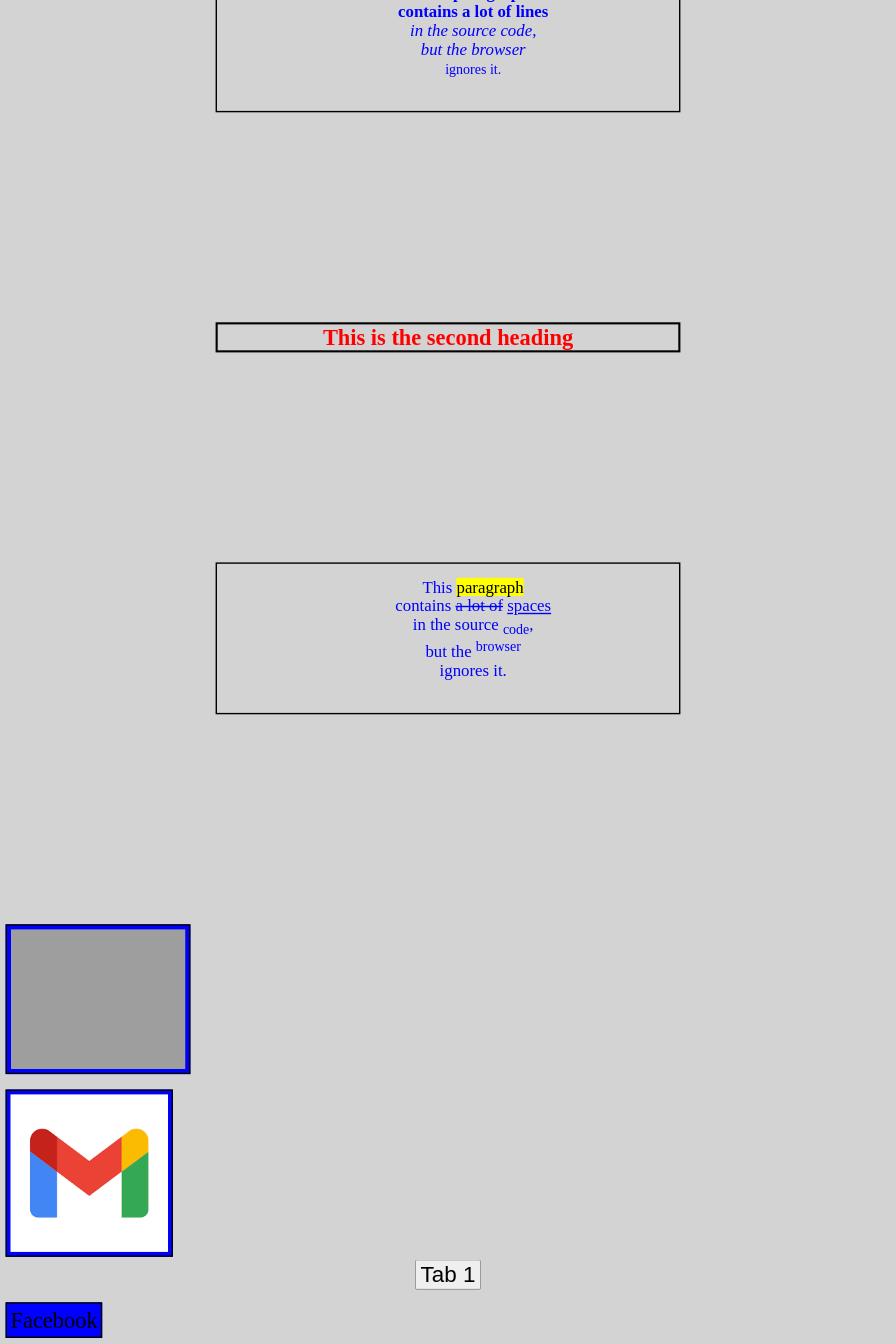
Repository: zRush1202/LoginPage-demo
Page: ex_html/home.html
An editor plug-in stored every save of this project. The page is shown before and after the next save, followed by the edit.
The browser window is 1280 px wide. The pictures show the part of the page from y = 688 to 2608 px (the page is 2608 px tall), at 70% of full size.
Pictures or frames that could not be fetched are drawn as grey boxes.

Above is the page before, as saved 2023-09-06 20:13:03.

### ex_html/home.html
<!DOCTYPE html>
<html lang="en">
<head>
    <meta charset="UTF-8">
    <meta name="viewport" content="width=device-width, initial-scale=1.0">
    <title>Learning HTML</title>
    <link rel="stylesheet" href="style.css">
</head>
<body>
    <h1>This is the first heading</h1>
        <pre title="I'm a tooltip">
            <b>This paragraph</b>
            <strong>contains a lot of lines</strong>
            <i>in the source code,</i>
            <em>but the browser</em>
            <small>ignores it.</small>
        </pre>
    <h2>This is the second heading</h2>
        <pre>
            This <mark>paragraph</mark>
            contains <del>a lot of</del> <ins>spaces</ins>
            in the source <sub>code</sub>,
            but the <sup>browser</sup>
            ignores it.
        </pre>
        <!--
        <p>Here is the quote from youtube website:</p>
        <blockquote cite="https://www.youtube.com/">
            Lorem ipsum dolor sit amet consectetur adipisicing elit.
            Deleniti alias tempora labore laudantium veritatis enim beatae
            voluptatibus ipsum sit qui maiores dicta repudiandae libero eaque
            pariatur perspiciatis, distinctio cupiditate magni.
        </blockquote>
        <p>Youtube's goal is to: <q>Watch video!</q></p>
        <p>The <abbr title="World Health Organization">WHO</abbr> was founded in 1948.</p>
        <address>
            Written by John Doe.<br>
            Visit us at:<br>
            Example.com<br>
            Box 564, Disneyland<br>
            USA
        </address>
        <p><cite>The Scream</cite> by Edvard Munch. Painted in 1893.</p>
        <bdo dir="rtl">This text will be written from right to left</bdo>
        -->
        <a href="https://www.youtube.com/" target="_blank" title="Youtube" class="ytb">
            <img src="https://inkythuatso.com/uploads/images/2021/10/youtube-logo-inkythuatso-01-27-14-06-56.jpg" style="height: 200px; width: 250px;">
        </a>
        <br>
        <br>
        <a href="mailto:phutrong.ltv@gmail.com" target="_blank" title="Click to send email" class="mail">
            <img src="data:[embedded picture, 2422 characters]" alt="Hình ảnh">
        </a>
        <br>
        <button onclick="document.location='tab1.html'" style="display: block;margin: 0 auto; font-size: 200%;" title="Go to tab 1">Tab 1</button>
        <br>
        <a href="https://www.facebook.com" title="Go to Facebook" target="_blank" class="fb">Facebook</a>
</body>
</html>

### ex_html/style.css
body {
    background-color: lightgray;
}
h1 {
color: red;
border: 3px solid black;
margin: 300px;
text-align: center;
font-size: 200%;
font-family:'Times New Roman', Times, serif;
}
h2 {
color: red;
border: 3px solid black;
margin: 300px;
text-align: center;
font-size: 200%;
font-family:'Times New Roman', Times, serif;
}
p {
color: blue;
text-align: center;
font-size: 150%;
font-family: 'Times New Roman', Times, serif;
}

pre {
color: blue;
border: 2px solid black;
padding: 20px;
margin: 300px;
text-align: center;
font-size: 150%;
font-family: 'Times New Roman', Times, serif;
}

/* a {
display: flex;
justify-content: center;
align-items: center;
padding: 2px 2px;
border: 2px solid black;
display: inline;
display: block;margin: auto auto;
font-size: 200%;
text-align: center;
} */

.ytb {
    display: flex;
    justify-content: center; /*chỉnh theo chiều ngang */
    align-items: center; /*chỉnh theo chiều dọc*/
    display: inline-block;
    border: 2px solid #000;
}

.mail {
    display: inline-block;
    border: 2px solid #000;
}

.fb {
    display: inline-block;
    border: 2px solid #000;
    font-size:  200%;
}

a img {
max-width: 100%;
max-height: 100%;
display: block;margin: auto auto;
}

a:link, a:visited {
    background-color: blue;
    color: black;
    padding: 5px 5px;
    text-align: center;
    text-decoration: none;
    display: inline-block;
}

a:hover, a:active {
background-color: red;
}

After the next save:
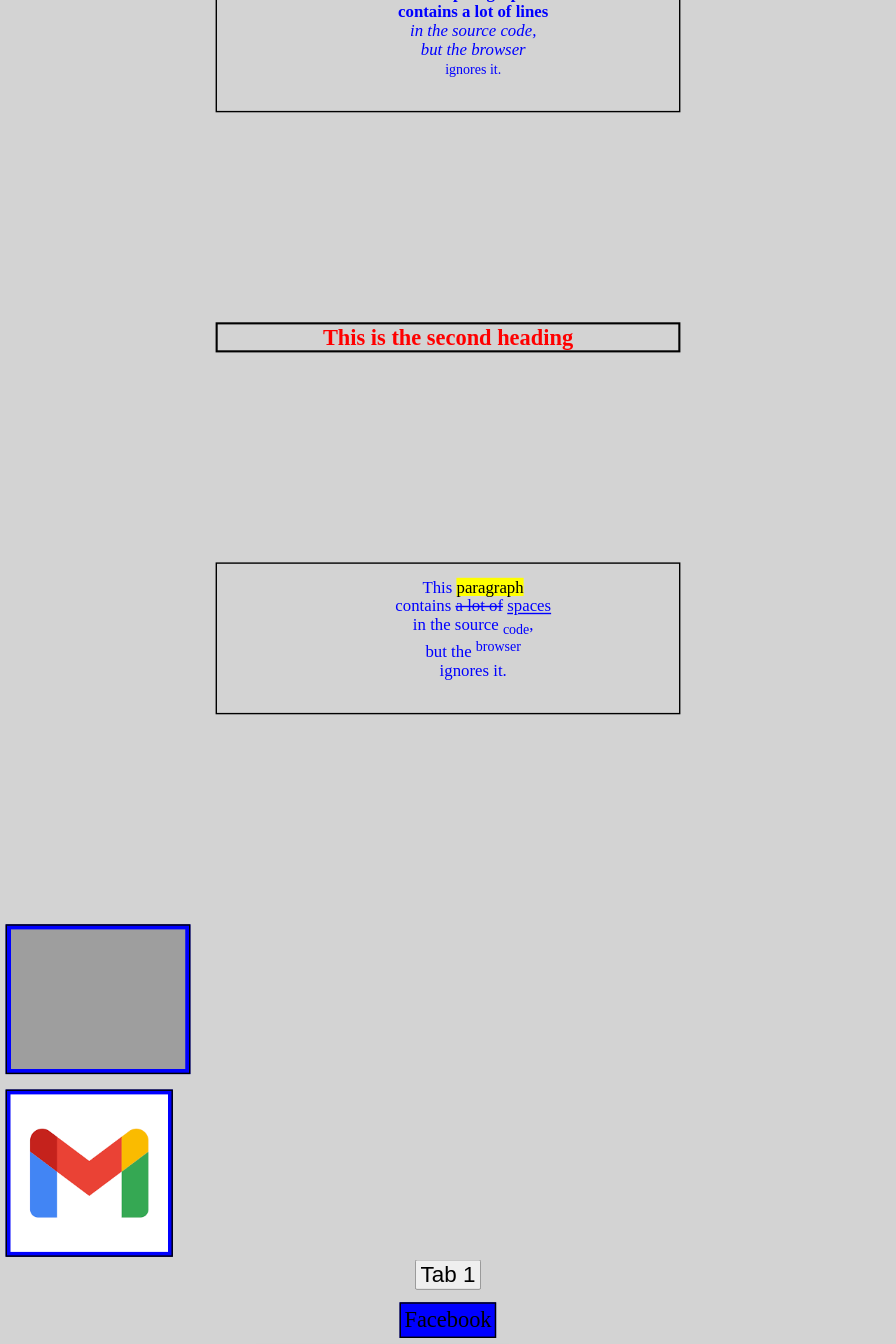
Saved 40 s later.
--- a/ex_html/style.css
+++ b/ex_html/style.css
@@ -60,9 +60,12 @@ text-align: center;
 }
 
 .fb {
-    display: inline-block;
     border: 2px solid #000;
     font-size:  200%;
+    display: inline-block;
+    position: relative;
+    left: 50%;
+    transform: translateX(-50%);;
 }
 
 a img {
